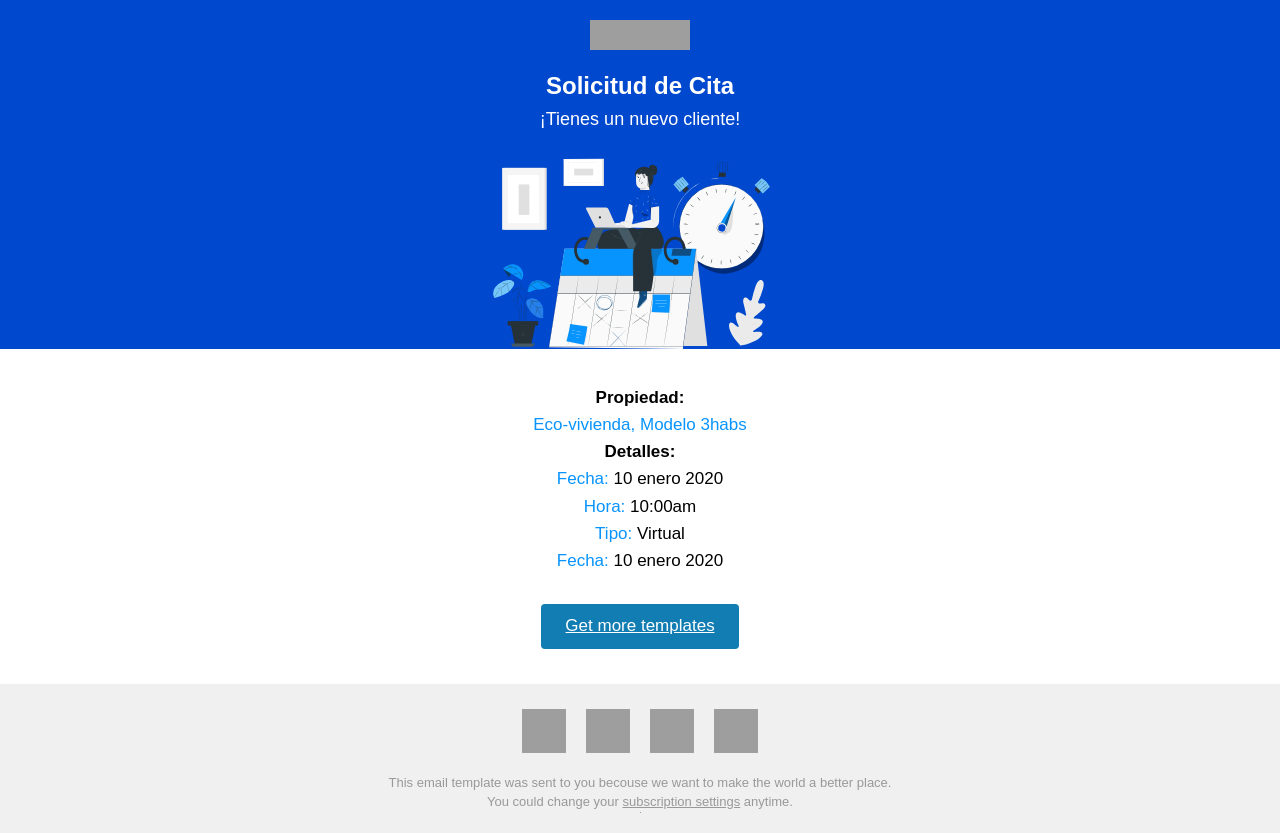
Repository: FabioMadrid/atlas_code
Page: correo_cita_vendedor.html
These files come from the project's save history. The page is drawn as it stood at one moment and after the next save; the edit follows.
The browser window is 1280 px wide. The pictures show the whole page.
Pictures or frames that could not be fetched are drawn as grey boxes.

Above is the page before, as saved 2021-01-14 16:43:57.

### correo_cita_vendedor.html
<html xmlns="http://www.w3.org/1999/xhtml">
<head>
	<meta http-equiv="content-type" content="text/html; charset=utf-8">
  	<meta name="viewport" content="width=device-width, initial-scale=1.0;">
 	<meta name="format-detection" content="telephone=no"/>

	<style>
/* Reset styles */
    body {
        margin: 0; padding: 0; min-width: 100%; width: 100% !important; height: 100% !important;
        }
    body, table, td, div, p, a {
        -webkit-font-smoothing: antialiased; text-size-adjust: 100%; -ms-text-size-adjust: 100%;
        -webkit-text-size-adjust: 100%; line-height: 100%;
        }
    table, td {
         mso-table-lspace: 0pt; mso-table-rspace: 0pt;
         border-collapse: collapse !important; border-spacing: 0; }
    img {
        border: 0; line-height: 100%; outline: none; text-decoration: none;
        -ms-interpolation-mode: bicubic;
        }
    #outlook a { padding: 0; }
    .ReadMsgBody { width: 100%; }
    .ExternalClass { width: 100%; }
    .ExternalClass, .ExternalClass p, .ExternalClass span, .ExternalClass font, .E
    xternalClass td, .ExternalClass div {
        line-height: 100%;
        }

/* Extra floater space for advanced mail clients only */
@media all and (max-width: 600px) {
	.floater { width: 320px; }
}

/* Set color for auto links (addresses, dates, etc.) */
a, a:hover {
	color: #127DB3;
}
.footer a, .footer a:hover {
	color: #999999;
}

 	</style>

	<!-- MESSAGE SUBJECT -->
	<title>Cita Confirmada</title>

</head>

<!-- BODY -->
<!-- Set message background color (twice) and text color (twice) -->
<body topmargin="0" rightmargin="0" bottommargin="0" leftmargin="0" marginwidth="0" marginheight="0" width="100%" style="border-collapse: collapse; border-spacing: 0; margin: 0; padding: 0; width: 100%; height: 100%; -webkit-font-smoothing: antialiased; text-size-adjust: 100%; -ms-text-size-adjust: 100%; -webkit-text-size-adjust: 100%; line-height: 100%;
	background-color: #FFFFFF;
	color: #000000;"
	bgcolor="#FFFFFF"
	text="#000000">

<!-- SECTION / BACKGROUND -->
<!-- Set section background color -->
<table width="100%" align="center" border="0" cellpadding="0" cellspacing="0" style="border-collapse: collapse; border-spacing: 0; margin: 0; padding: 0; width: 100%;" class="background"><tr><td align="center" valign="top" style="border-collapse: collapse; border-spacing: 0; margin: 0; padding: 0;"
	bgcolor="#0048CD">

<!-- WRAPPER -->
<!-- Set wrapper width (twice) -->
<table border="0" cellpadding="0" cellspacing="0" align="center"
	width="600" style="border-collapse: collapse; border-spacing: 0; padding: 0; width: inherit;
	max-width: 600px;" class="wrapper">

	<tr>
		<td align="center" valign="top" style="border-collapse: collapse; border-spacing: 0; margin: 0; padding: 0; padding-left: 6.25%; padding-right: 6.25%; width: 87.5%;
			padding-top: 20px;">

			<!-- PREHEADER -->
			<!-- Set text color to background color -->
			<div style="display: none; visibility: hidden; overflow: hidden; opacity: 0; font-size: 1px; line-height: 1px; height: 0; max-height: 0; max-width: 0;
			color: #FFFFFF;" class="preheader">
				Available on&nbsp;GitHub and&nbsp;CodePen. holis aqui va un texto</div>

			<!-- LOGO -->
			<!-- Image text color should be opposite to background color. Set your url, image src, alt and title. Alt text should fit the image size. Real image size should be x2. URL format: http://domain.com/?utm_source={{Campaign-Source}}&utm_medium=email&utm_content=logo&utm_campaign={{Campaign-Name}} -->
			<a target="_blank" style="text-decoration: none;"
				href="https://github.com/konsav/email-templates/"><img border="0" vspace="0" hspace="0"
				src="https://raw.githubusercontent.com/konsav/email-templates/master/images/logo-white.png"
				width="100" height="30"
				alt="Logo" title="Logo" style="
				color: #000000;
				font-size: 10px; margin: 0; padding: 0; outline: none; text-decoration: none; -ms-interpolation-mode: bicubic; border: none; display: block;" /></a>

		</td>
	</tr>

	<!-- HEADER -->
	<!-- Set text color and font family ("sans-serif" or "Georgia, serif") -->
	<tr>
		<td align="center" valign="top" style="border-collapse: collapse; border-spacing: 0; margin: 0; padding: 0; padding-left: 6.25%; padding-right: 6.25%; width: 87.5%; font-size: 24px; font-weight: bold; line-height: 130%;
			padding-top: 20px;
			color: #FFFFFF;
			font-family: sans-serif;" class="header">
				Solicitud de Cita
		</td>
	</tr>

	<!-- SUBHEADER -->
	<!-- Set text color and font family ("sans-serif" or "Georgia, serif") -->
	<tr>
		<td align="center" valign="top" style="border-collapse: collapse; border-spacing: 0; margin: 0; padding: 0; padding-bottom: 3px; padding-left: 6.25%; padding-right: 6.25%; width: 87.5%; font-size: 18px; font-weight: 300; line-height: 150%;
			padding-top: 5px;
			color: #FFFFFF;
			font-family: sans-serif;" class="subheader">
				¡Tienes un nuevo cliente!
		</td>
	</tr>

	<!-- HERO IMAGE -->
	<!-- Image text color should be opposite to background color. Set your url, image src, alt and title. Alt text should fit the image size. Real image size should be x2 (wrapper x2). Do not set height for flexible images (including "auto"). URL format: http://domain.com/?utm_source={{Campaign-Source}}&utm_medium=email&utm_content={{Ìmage-Name}}&utm_campaign={{Campaign-Name}} -->
	<tr>
		<td align="center" valign="top" style="border-collapse: collapse; border-spacing: 0; margin: 0; padding: 0;
			padding-top: 20px;" class="hero"><a target="_blank" style="text-decoration: none;"
			href="#"><img border="0" vspace="0" hspace="0"
			src="./svg/calendario_mujer.svg"
			alt="Please enable images to view this content" title="Hero Image"
			width="530" style="
			width: 88.33%;
			max-width: 530px;
			color: #FFFFFF; font-size: 13px; margin: 0; padding: 0; outline: none; text-decoration: none; -ms-interpolation-mode: bicubic; border: none; display: block;"/></a></td>
	</tr>


<!-- End of WRAPPER -->
</table>

<!-- SECTION / BACKGROUND -->
<!-- Set section background color -->
</td></tr><tr><td align="center" valign="top" style="border-collapse: collapse; border-spacing: 0; margin: 0; padding: 0;
	padding-top: 5px;"
	bgcolor="#FFFFFF">

<!-- WRAPPER -->
<!-- Set conteiner background color -->
<table border="0" cellpadding="0" cellspacing="0" align="center"
	width="600" style="border-collapse: collapse; border-spacing: 0; padding: 0; width: inherit;
	max-width: 600px;">

	<!-- FLOATERS -->
	<!-- Floaters (left align tables) need extra 10px spacing in a line (Outlook fix). Floater table width = (wrapper width / 2) - 10px. Set text color and font family ("sans-serif" or "Georgia, serif"). Duplicate all text styles in links, including line-height. Image text color should be opposite to background color. Set your url, image src, alt and title. Alt text should fit the image size. Real image size should be x2. Do not set height for flexible images (including "auto"). URL format: http://domain.com/?utm_source={{Campaign-Source}}&utm_medium=email&utm_content={{Ìmage-Name}}&utm_campaign={{Campaign-Name}} -->
	<tr>
        <td align="center" valign="top" style="border-collapse: collapse; border-spacing: 0; margin: 0; padding: 0; padding-left: 10px; padding-right: 10px;" class="floaters">
        <table width="280" border="0" cellpadding="0" cellspacing="0" align="left" valign="top" style="border-collapse: collapse; mso-table-lspace: 0pt; mso-table-rspace: 0pt; border-spacing: 0; margin: 0; padding: 0; display: inline-table; float: none;" class="floater">
        <tr>
            <td align="center" valign="top" style="border-collapse: collapse; border-spacing: 0; margin: 0; padding: 0; padding-left: 15px; padding-right: 15px; font-size: 17px; font-weight: 400; line-height: 160%;
			padding-top: 30px;
			font-family: sans-serif;
            color: #000000;">
            <b>Propiedad:</b> <br>

            <a target="_blank" style="text-decoration: none;
			font-size: 17px; line-height: 160%; color: #0894FE;"
            href="https://atlashome.hn/vistaCondominio/14">Eco-vivienda, Modelo 3habs</b></a> <br>

            <b>Detalles:</b> <br>

            <span style="color:#0894FE;"> Fecha: </span> <span>10 enero 2020</span> <br>
            <span style="color:#0894FE;"> Hora: </span> <span>10:00am</span> <br>
            <span style="color:#0894FE;"> Tipo: </span> <span>Virtual</span> <br>
            <span style="color:#0894FE;"> Fecha: </span> <span>10 enero 2020</span> <br>

        </td>
    </tr>
    </table>


	<!-- BUTTON -->
	<!-- Set button background color at TD, link/text color at A and TD, font family ("sans-serif" or "Georgia, serif") at TD. For verification codes add "letter-spacing: 5px;". Link format: http://domain.com/?utm_source={{Campaign-Source}}&utm_medium=email&utm_content={{Button-Name}}&utm_campaign={{Campaign-Name}} -->
 	<tr>
		<td align="center" valign="top" style="border-collapse: collapse; border-spacing: 0; margin: 0; padding: 0; padding-left: 6.25%; padding-right: 6.25%; width: 87.5%;
			padding-top: 30px;
			padding-bottom: 35px;" class="button"><a
			href="https://github.com/konsav/email-templates/" target="_blank" style="text-decoration: underline;">
				<table border="0" cellpadding="0" cellspacing="0" align="center" style="max-width: 240px; min-width: 120px; border-collapse: collapse; border-spacing: 0; padding: 0;"><tr><td align="center" valign="middle" style="padding: 12px 24px; margin: 0; text-decoration: underline; border-collapse: collapse; border-spacing: 0; border-radius: 4px; -webkit-border-radius: 4px; -moz-border-radius: 4px; -khtml-border-radius: 4px;"
					bgcolor="#127DB3"><a target="_blank" style="text-decoration: underline;
					color: #FFFFFF; font-family: sans-serif; font-size: 17px; font-weight: 400; line-height: 120%;"
					href="https://github.com/konsav/email-templates/">
						Get more templates
					</a>
			</td></tr></table></a>
		</td>
	</tr>

<!-- End of WRAPPER -->
</table>

<!-- SECTION / BACKGROUND -->
<!-- Set section background color -->
</td></tr><tr><td align="center" valign="top" style="border-collapse: collapse; border-spacing: 0; margin: 0; padding: 0;"
	bgcolor="#F0F0F0">

<!-- WRAPPER -->
<!-- Set wrapper width (twice) -->
<table border="0" cellpadding="0" cellspacing="0" align="center"
	width="600" style="border-collapse: collapse; border-spacing: 0; padding: 0; width: inherit;
	max-width: 600px;" class="wrapper">

	<!-- SOCIAL NETWORKS -->
	<!-- Image text color should be opposite to background color. Set your url, image src, alt and title. Alt text should fit the image size. Real image size should be x2 -->
	<tr>
		<td align="center" valign="top" style="border-collapse: collapse; border-spacing: 0; margin: 0; padding: 0; padding-left: 6.25%; padding-right: 6.25%; width: 87.5%;
			padding-top: 25px;" class="social-icons"><table
			width="256" border="0" cellpadding="0" cellspacing="0" align="center" style="border-collapse: collapse; border-spacing: 0; padding: 0;">
			<tr>

				<!-- ICON 1 -->
				<td align="center" valign="middle" style="margin: 0; padding: 0; padding-left: 10px; padding-right: 10px; border-collapse: collapse; border-spacing: 0;"><a target="_blank"
					href="https://raw.githubusercontent.com/konsav/email-templates/"
				style="text-decoration: none;"><img border="0" vspace="0" hspace="0" style="padding: 0; margin: 0; outline: none; text-decoration: none; -ms-interpolation-mode: bicubic; border: none; display: inline-block;
					color: #000000;"
					alt="F" title="Facebook"
					width="44" height="44"
					src="https://raw.githubusercontent.com/konsav/email-templates/master/images/social-icons/facebook.png"></a></td>

				<!-- ICON 2 -->
				<td align="center" valign="middle" style="margin: 0; padding: 0; padding-left: 10px; padding-right: 10px; border-collapse: collapse; border-spacing: 0;"><a target="_blank"
					href="https://raw.githubusercontent.com/konsav/email-templates/"
				style="text-decoration: none;"><img border="0" vspace="0" hspace="0" style="padding: 0; margin: 0; outline: none; text-decoration: none; -ms-interpolation-mode: bicubic; border: none; display: inline-block;
					color: #000000;"
					alt="T" title="Twitter"
					width="44" height="44"
					src="https://raw.githubusercontent.com/konsav/email-templates/master/images/social-icons/twitter.png"></a></td>

				<!-- ICON 3 -->
				<td align="center" valign="middle" style="margin: 0; padding: 0; padding-left: 10px; padding-right: 10px; border-collapse: collapse; border-spacing: 0;"><a target="_blank"
					href="https://raw.githubusercontent.com/konsav/email-templates/"
				style="text-decoration: none;"><img border="0" vspace="0" hspace="0" style="padding: 0; margin: 0; outline: none; text-decoration: none; -ms-interpolation-mode: bicubic; border: none; display: inline-block;
					color: #000000;"
					alt="G" title="Google Plus"
					width="44" height="44"
					src="https://raw.githubusercontent.com/konsav/email-templates/master/images/social-icons/googleplus.png"></a></td>

				<!-- ICON 4 -->
				<td align="center" valign="middle" style="margin: 0; padding: 0; padding-left: 10px; padding-right: 10px; border-collapse: collapse; border-spacing: 0;"><a target="_blank"
					href="https://raw.githubusercontent.com/konsav/email-templates/"
				style="text-decoration: none;"><img border="0" vspace="0" hspace="0" style="padding: 0; margin: 0; outline: none; text-decoration: none; -ms-interpolation-mode: bicubic; border: none; display: inline-block;
					color: #000000;"
					alt="I" title="Instagram"
					width="44" height="44"
					src="https://raw.githubusercontent.com/konsav/email-templates/master/images/social-icons/instagram.png"></a></td>

			</tr>
			</table>
		</td>
	</tr>

	<!-- FOOTER -->
	<!-- Set text color and font family ("sans-serif" or "Georgia, serif"). Duplicate all text styles in links, including line-height -->
	<tr>
		<td align="center" valign="top" style="border-collapse: collapse; border-spacing: 0; margin: 0; padding: 0; padding-left: 6.25%; padding-right: 6.25%; width: 87.5%; font-size: 13px; font-weight: 400; line-height: 150%;
			padding-top: 20px;
			padding-bottom: 20px;
			color: #999999;
			font-family: sans-serif;" class="footer">

				This email template was sent to&nbsp;you becouse we&nbsp;want to&nbsp;make the&nbsp;world a&nbsp;better place.<br/> You&nbsp;could change your <a href="https://github.com/konsav/email-templates/" target="_blank" style="text-decoration: underline; color: #999999; font-family: sans-serif; font-size: 13px; font-weight: 400; line-height: 150%;">subscription settings</a> anytime.

				<!-- ANALYTICS -->
				<!-- https://www.google-analytics.com/collect?v=1&tid={{UA-Tracking-ID}}&cid={{Client-ID}}&t=event&ec=email&ea=open&cs={{Campaign-Source}}&cm=email&cn={{Campaign-Name}} -->
				<img width="1" height="1" border="0" vspace="0" hspace="0" style="margin: 0; padding: 0; outline: none; text-decoration: none; -ms-interpolation-mode: bicubic; border: none; display: block;"
				src="https://raw.githubusercontent.com/konsav/email-templates/master/images/tracker.png" />

		</td>
	</tr>

<!-- End of WRAPPER -->
</table>

<!-- End of SECTION / BACKGROUND -->
</td></tr></table>

</body>
</html>

After the next save:
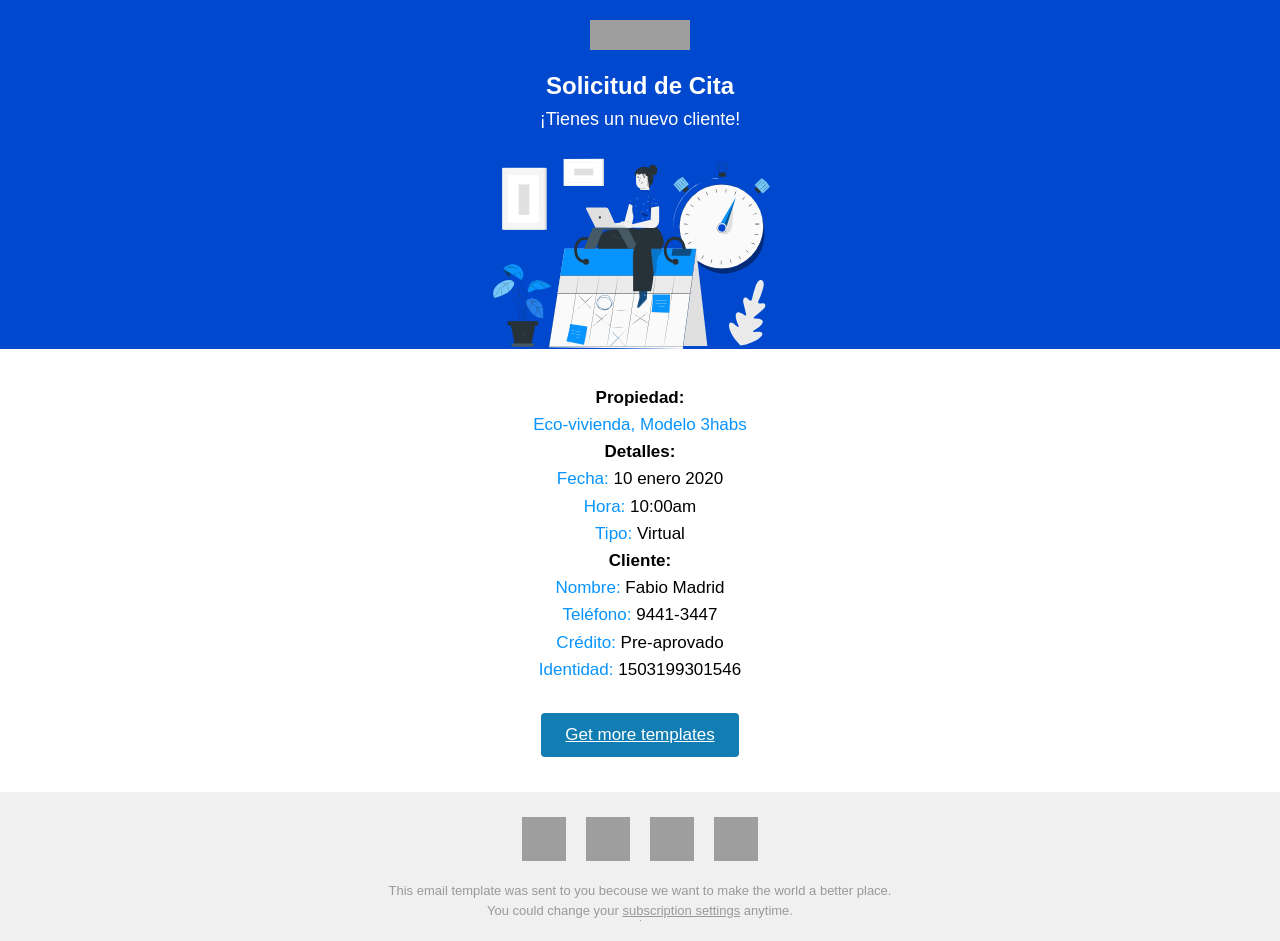
Saved 113 s later.
--- a/correo_cita_vendedor.html
+++ b/correo_cita_vendedor.html
@@ -163,7 +163,12 @@ a, a:hover {
             <span style="color:#0894FE;"> Fecha: </span> <span>10 enero 2020</span> <br>
             <span style="color:#0894FE;"> Hora: </span> <span>10:00am</span> <br>
             <span style="color:#0894FE;"> Tipo: </span> <span>Virtual</span> <br>
-            <span style="color:#0894FE;"> Fecha: </span> <span>10 enero 2020</span> <br>
+
+            <b>Cliente:</b> <br>
+            <span style="color:#0894FE;"> Nombre: </span> <span>Fabio Madrid</span> <br>
+            <span style="color:#0894FE;"> Teléfono: </span> <span>9441-3447</span> <br>
+            <span style="color:#0894FE;"> Crédito: </span> <span>Pre-aprovado</span> <br>
+            <span style="color:#0894FE;"> Identidad: </span> <span>1503199301546</span> <br>
 
         </td>
     </tr>
